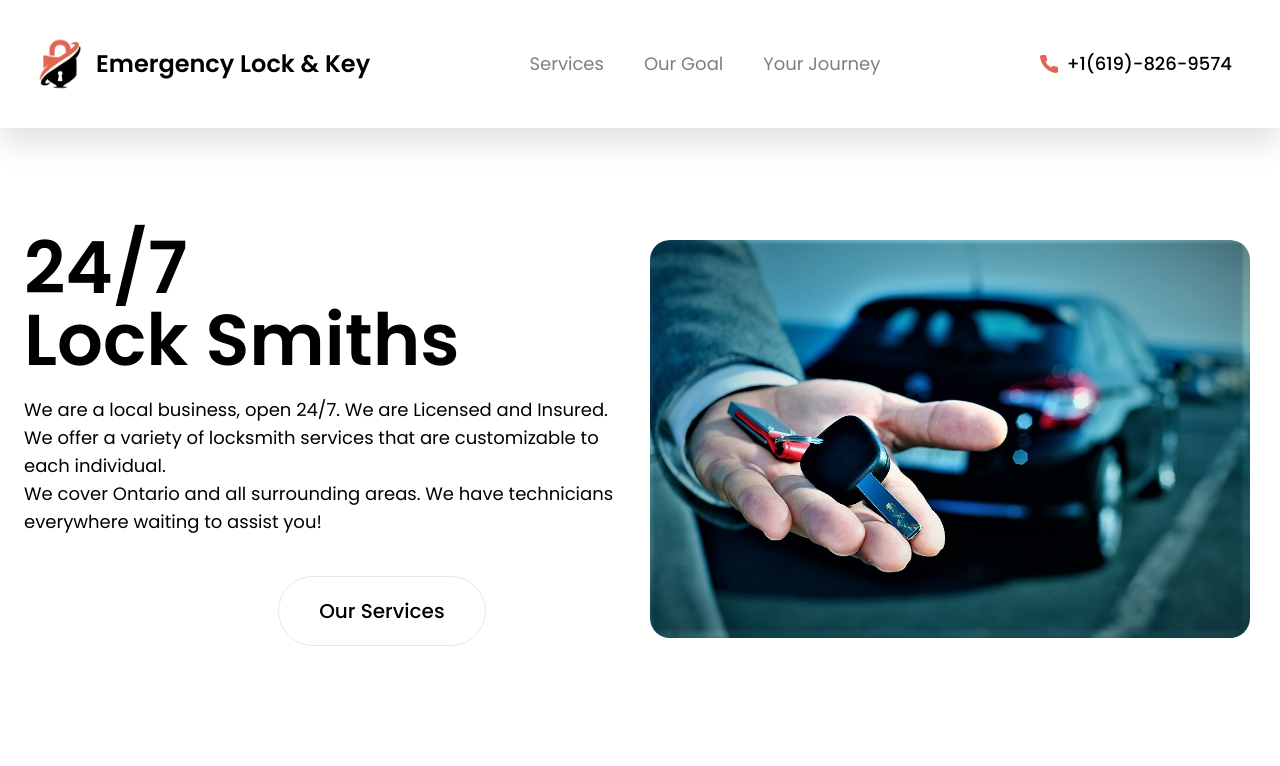
Repository: aya7abbal/locksprollc
Page: /
These files come from the project's save history. The page is drawn as it stood at one moment and after the next save; the edit follows.
The browser window is 1280 px wide. The pictures show the whole page.
Some web fonts or font styles are not loaded; a fallback is used. The project was rebuilt for these pictures with package versions that can differ from the ones it lists, and the page was loaded fresh each time. Also part of the build but not shown: vite.config.js.

Above is the page before, as saved 2024-04-03 00:44:07.

### index.html
<!doctype html>
<html lang="en">
  <head>
    <meta charset="UTF-8" />
    <link rel="icon" type="image/svg+xml" href="/src/assets/Images/Logo/favicon.ico" />
    <meta name="viewport" content="width=device-width, initial-scale=1.0" />
    <title>Emergency Lock & Key</title>
    <link rel="stylesheet" href="https://rsms.me/inter/inter.css">

  </head>
  <body>
    <div id="root" class="px-0"></div>
    <script type="module" src="/src/main.jsx"></script>
  </body>
</html>

### src/App.jsx
import Navbar from './Components/0.Navbar/Navbar'
import Banner from './Components/1.Banner/Index'

export default function App() {

  return (
    <>
<Navbar/>
<Banner/>
    </>
  )
}

### src/index.css
@import url('https://fonts.googleapis.com/css2?family=Poppins:wght@400;500;600;700;800&display=swap');
@tailwind base;
@tailwind components;
@tailwind utilities;
/* npm */

* {
  font-family: 'Poppins', sans-serif;
}


html, body{
  scroll-behavior: smooth !important;
  margin: auto 0!important;
  padding: 0px !important;

}

html:not([data-scroll="0"]) .navbar {
  position: fixed;
  top: 0;
  width: 100%;
  background-color: white;
  background-blend-mode: overlay;
  opacity: 1.9;
  box-shadow: 0 15px 30px rgba(0, 0, 0, 0.12);
  transition: 0.4s linear;
  z-index: 3;
}

.card-b {
  background: linear-gradient(180deg, #F8F6F6 0%, #F8F6F6 0.01%, rgba(248, 246, 246, 0) 100%);
}

.ls-51 {
  letter-spacing: 0.515em;
}

.br-50 {
  border-radius: 50px 400px 50px 50px;
}

@media screen and (max-width: 1200px) {
  .br-50 {
    border-radius: 20px;
  }
}

.footer-icons {
  transition: .5s;
}

.footer-icons:hover {
  transform: translateY(-8px);
}

.footer-icons:hover > .sepiaa {
  filter: invert(100.10);
}

.space-links {
  transition: .3s;
}

.space-links:hover {
  letter-spacing: 1px;
}

.hover-underline {
  display: inline-flex;
  position: relative;
  color: #dc6550;
  justify-content: center;
  align-items: center;
}

.hover-underline:after {
  content: "";
  position: absolute;
  width: 100%;
  transform: scaleX(0);
  height: 1px;
  bottom: 0;
  left: 0;
  background-color: #DF6751;
  transform-origin: bottom right;
  transition: transform .25s ease-out;
}

.hover-underline:hover:after {
  transform: scaleX(1);
  transform-origin: bottom left;
}

.w-340px {
  width: 340px;
}

.shadow-fi {
  box-shadow: 0px 28px 42px rgba(0, 0, 0, 0.15);
}

.inner-img {
  transition: 0.3s;
}

.inner-img:hover {
  transform: scale(1.1);
}

.par-87{
  padding-right: 87px;
}



#root{
    padding: 0px !important;
}
@media (min-width:1024px) {
    #root{
        padding: 0px !important;
    }

}

### src/Components/0.Navbar/Navbar.tsx
import { Disclosure } from "@headlessui/react";
import React from "react";
import { Bars3Icon } from "@heroicons/react/24/outline";
import Drawer from "./Drawer";
import Drawerdata from "./Drawerdata";
import Logo from "../../assets/Images/Logo/Logo.png";
import Phone from "../../assets/Images/Navbar/phone.svg"

interface NavigationItem {
  name: string;
  href: string;
  current: boolean;
}

const navigation: NavigationItem[] = [
  { name: "Services", href: "#services-section", current: false },
  { name: "Our Goal", href: "#Goal-section", current: false },
  { name: "Your Journey", href: "#Process-section", current: false },
];

function classNames(...classes: string[]) {
  return classes.filter(Boolean).join(" ");
}

const Navbar = () => {
  const [isOpen, setIsOpen] = React.useState(false);

  return (
    <Disclosure as="nav" className="navbar">
      <>
        <div className=" max-w-7xl p-3 md:p-6 lg:px-8 mx-auto w-100">
          <div className="relative flex h-12 sm:h-20 items-center">
            <div className="flex flex-1 items-center sm:justify-between">
              {/* LOGO */}

              <div className="flex md:hidden flex-shrink-0 items-center border-right">
                <img src={Logo} alt="logo" width={36} height={36} />
                <a href="/" className="text-xl font-semibold text-black ml-4">
                  Emergency Lock & Key
                </a>
              </div>
              <div className="hidden md:flex flex-shrink-0 items-center border-right">
                <img src={Logo} alt="logo" width={56} height={56} />
                <a href="/" className="text-2xl font-semibold text-black ml-2">
                  Emergency Lock & Key
                </a>
              </div>

              {/* LINKS */}

              <div className="hidden lg:flex items-center border-right ">
                <div className="flex justify-end space-x-4">
                  {navigation.map((item) => (
                    <a
                      key={item.name}
                      href={item.href}
                      className={classNames(
                        item.current
                          ? "bg-black"
                          : "navlinks hover:opacity-100",
                        "px-3 py-4 rounded-md text-lg font-normal opacity-50 hover:text-black space-links"
                      )}
                      aria-current={item.href ? "page" : undefined}
                    >
                      {item.name}
                    </a>
                  ))}
                </div>
              </div>
              <div className="gap-6 hidden lg:flex mr-4">
                <div className="flex items-center gap-2">
                  <img
                    src={Phone}
                    alt="phone-image"
                    width={19}
                    height={19}
                  />
                  <a
                    className="text-lg font-medium "
                    href="tel:001619-826-9574"
                  >
                    +1(619)-826-9574
                  </a>
                </div>
                {/* <button className='flex justify-end text-xl font-medium bg-bgpink text-pink py-4 px-4 lg:px-8 navbutton rounded-full hover:text-black'>Sign in</button> */}
                {/* <Signindialog /> */}
              </div>
            </div>

            {/* DRAWER FOR MOBILE VIEW */}

            {/* DRAWER ICON */}

            <div className="block lg:hidden">
              <Bars3Icon
                className="block h-6 w-6"
                aria-hidden="true"
                onClick={() => setIsOpen(true)}
              />
            </div>

            {/* DRAWER LINKS DATA */}

            <Drawer isOpen={isOpen} setIsOpen={setIsOpen}>
              <Drawerdata />
            </Drawer>
          </div>
        </div>
      </>
    </Disclosure>
  );
};

export default Navbar;

### src/Components/1.Banner/Index.tsx
"use client";
import { Fade } from "react-awesome-reveal";
import BannerPhoto from "../../assets/Images/Banner/Mobile-Lockout.jpeg";
import "./Banner.css";

const Banner = () => {
  return (
    <div className="bg-lightpink w-100 mt-32">
      <div className="mx-auto max-w-7xl pt-20 sm:pb-24 px-6">
        <div className="grid grid-cols-1 lg:grid-cols-12 space-x-1">
          <div className="col-span-6 flex flex-col justify-center">
            <Fade
              direction={"up"}
              delay={400}
              cascade
              damping={1e-1}
              triggerOnce={true}
            >
              <h1 className="text-4xl lg:text-7xl font-semibold mb-5 text-lightgrey md:4px lg:text-start text-center">
                24/7 <br /> Lock Smiths
              </h1>
            </Fade>
            <Fade
              direction={"up"}
              delay={800}
              cascade
              damping={1e-1}
              triggerOnce={true}
            >
              <p className="text-grey lg:text-lg font-normal mb-10 lg:text-start text-center">
                We are a local business, open 24/7. We are Licensed and Insured.
                We offer a variety of locksmith services that are customizable
                to each individual.
                <br /> We cover Ontario and all surrounding areas. We have
                technicians everywhere waiting to assist you!{" "}
              </p>
            </Fade>
            <Fade
              direction={"up"}
              delay={1000}
              cascade
              damping={1e-1}
              triggerOnce={true}
            >
              <div className="md:flex align-middle justify-center lg:justify-start">
                <button className="text-xl w-full md:w-auto font-medium rounded-full text-white py-5 px-6 bg-pink lg:px-14 mr-6">
                  <a href="tel:001619-826-9574">Call Us Now</a>
                </button>
                <button className="flex border w-full md:w-auto mt-5 md:mt-0 border-pink justify-center rounded-full text-xl font-medium items-center py-5 px-10 text-pink hover:text-white hover:bg-pink">
                {/* <button className="flex border w-full md:w-auto mt-5 md:mt-0 border-pink justify-center rounded-full text-xl font-medium items-center py-5 px-10 text-pink hover:text-white hover:bg-pink"> */}
                  <a href="#services-section">Our Services</a>
                </button>
              </div>
            </Fade>
          </div>

          <div className="col-span-6 flex justify-center relative banner-photo-container">
            {/* <div className="flex bg-white p-2 gap-5 items-center bottom-10 left-10 rounded-xl absolute">
              <img
                src={"/imgs/Banner/pizza.svg"}
                alt="pizza-img"
                width={68}
                height={68}
              />
              <p className="text-lg font-normal">
                More than 500+ <br /> recipes.
              </p>
            </div> */}
            <img
              src={BannerPhoto}
              alt="nothing"
              id="banner-img"
              // width={200}
              // height={200}
            />
          </div>
        </div>
      </div>
    </div>
  );
};

export default Banner;

### src/Components/0.Navbar/Drawer.tsx
import React, { ReactNode } from "react";
import { XMarkIcon } from "@heroicons/react/24/outline";
import Logo from "../../assets/Images/Logo/Logo.png";

interface DrawerProps {
  children: ReactNode;
  isOpen: boolean;
  setIsOpen: (isOpen: boolean) => void;
}

const Drawer = ({ children, isOpen, setIsOpen }: DrawerProps) => {
  return (
    <main
      className={
        " fixed overflow-hidden z-10 bg-gray-900 bg-opacity-25 inset-0 transform ease-in-out " +
        (isOpen
          ? " transition-opacity opacity-100 duration-500 translate-x-0  "
          : " transition-all delay-500 opacity-0 -translate-x-full  ")
      }
    >
      <section
        className={
          "w-340px max-w-lg left-0 absolute bg-white h-full shadow-xl delay-400 duration-500 ease-in-out transition-all transform " +
          (isOpen ? "translate-x-0" : "-translate-x-full")
        }
      >
        <article className="relative w-340px max-w-lg pb-10 flex flex-col space-y-6 h-full">
          <header className="px-4 py-4 flex items-center justify-between">
            <div className="flex flex-shrink-0 items-center border-right">
              <img src={Logo} alt="logo" width={56} height={56} />
              <a href="/" className="text-l font-semibold text-black ml-4">
                Emergency Lock & Key
              </a>
            </div>

            <XMarkIcon
              className="block h-6 w-6"
              onClick={() => {
                setIsOpen(false);
              }}
            />
          </header>
          <div
            onClick={() => {
              setIsOpen(false);
            }}
          >
            {children}
          </div>
        </article>
      </section>
      <section
        className="w-screen h-full cursor-pointer "
        onClick={() => {
          setIsOpen(false);
        }}
      ></section>
    </main>
  );
};

export default Drawer;

### src/Components/0.Navbar/Drawerdata.tsx
import React from "react";
import Contactusform from "./Contactus";

interface NavigationItem {
    name: string;
    href: string;
    current: boolean;
}

const navigation: NavigationItem[] = [
    { name: "Services", href: "#services-section", current: false },
  { name: "Our Goal", href: "#Goal-section", current: false },
  { name: "Your Journey", href: "#Process-section", current: false },
]


function classNames(...classes: string[]) {
    return classes.filter(Boolean).join(' ')
}

const Data = () => {
    return (
        <div className="rounded-md max-w-sm w-full mx-auto">
            <div className="flex-1 space-y-4 py-1">
                <div className="sm:block">
                    <div className="space-y-1 px-5 pt-2 pb-3">
                        {navigation.map((item) => (
                            <a
                                key={item.name}
                                href={item.href}
                                className={classNames(
                                    item.current ? 'bg-gray-900 text-purple' : 'text-black hover:bg-gray-700 hover:text-purple',
                                    'block  py-2 rounded-md text-base font-medium'
                                )}
                                aria-current={item.current ? 'page' : undefined}
                            >
                                {item.name}
                            </a>
                        ))}
                        <div className="mt-4"></div>
                        {/* <button className='flex justify-center text-base w-full font-medium rounded-full bg-bgpink text-pink py-3 px-4 lg:px-8 navbutton hover:text-white'>Sign in</button> */}
                        <button className='flex justify-center text-base w-full font-medium rounded-full bg-transparent border border-bgpink text-pink py-3 px-4 lg:px-8 navbutton hover:text-white hover:bg-pink'>Call Now!</button>

                        {/* <Contactusform /> */}
                    </div>
                </div>
            </div>
        </div>
    );
}

export default Data;

### src/Components/1.Banner/Banner.css
.banner-photo-container #banner-img {
  margin: 2rem;
  border-radius: 20px;
  width: 90%;
}

@media (min-width: 1023px) {
  .banner-photo-container #banner-img {
    width: 98%;
    height: auto;
  }
}
/*# sourceMappingURL=Banner.css.map */

### tailwind.config.js
/** @type {import('tailwindcss').Config} */
export default {

content: [
  "./index.html",
  "./src/**/*.{js,ts,jsx,tsx}",
],
theme: {
  extend: {},
},
plugins: [],
}

Loaded but not shown: src/main.jsx (common file)

After the next save:
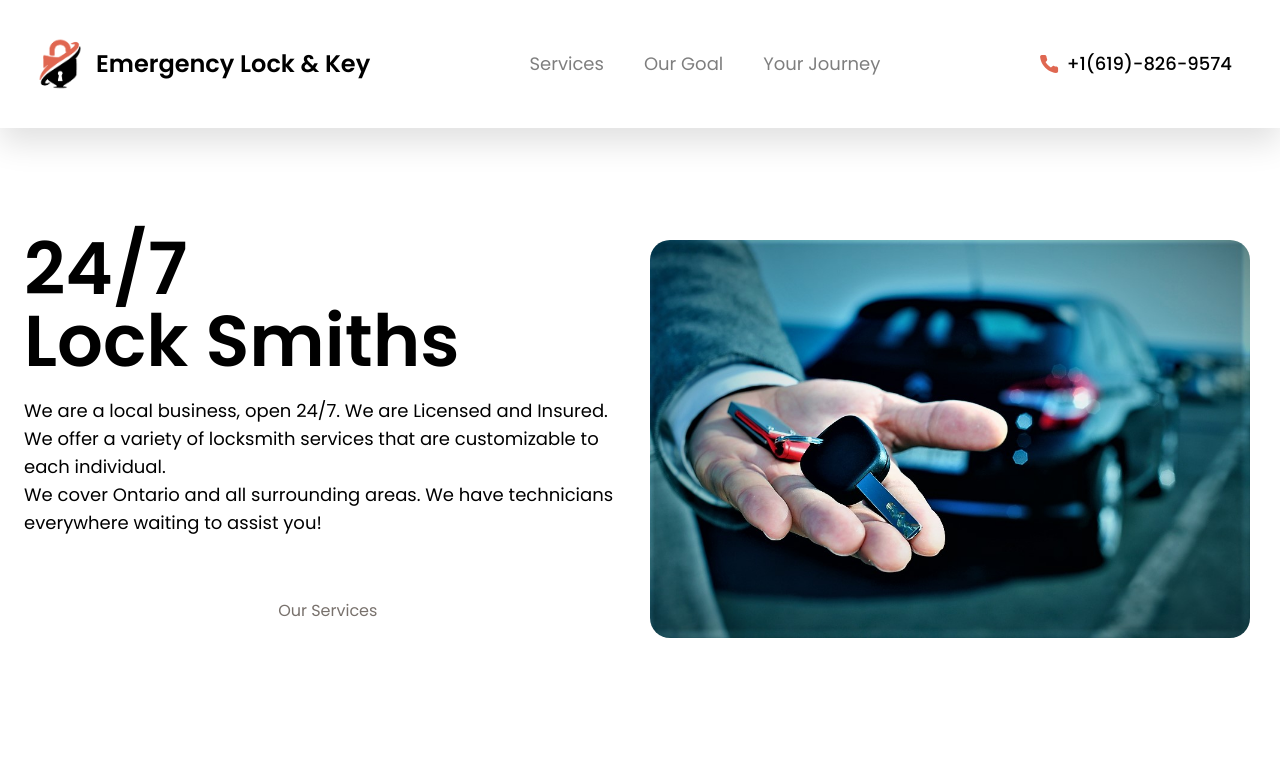
Saved 36 s later.
--- a/src/Components/1.Banner/Index.tsx
+++ b/src/Components/1.Banner/Index.tsx
@@ -46,7 +46,7 @@ const Banner = () => {
                 <button className="text-xl w-full md:w-auto font-medium rounded-full text-white py-5 px-6 bg-pink lg:px-14 mr-6">
                   <a href="tel:001619-826-9574">Call Us Now</a>
                 </button>
-                <button className="flex border w-full md:w-auto mt-5 md:mt-0 border-pink justify-center rounded-full text-xl font-medium items-center py-5 px-10 text-pink hover:text-white hover:bg-pink">
+                <button className="text-stone-500">
                 {/* <button className="flex border w-full md:w-auto mt-5 md:mt-0 border-pink justify-center rounded-full text-xl font-medium items-center py-5 px-10 text-pink hover:text-white hover:bg-pink"> */}
                   <a href="#services-section">Our Services</a>
                 </button>
